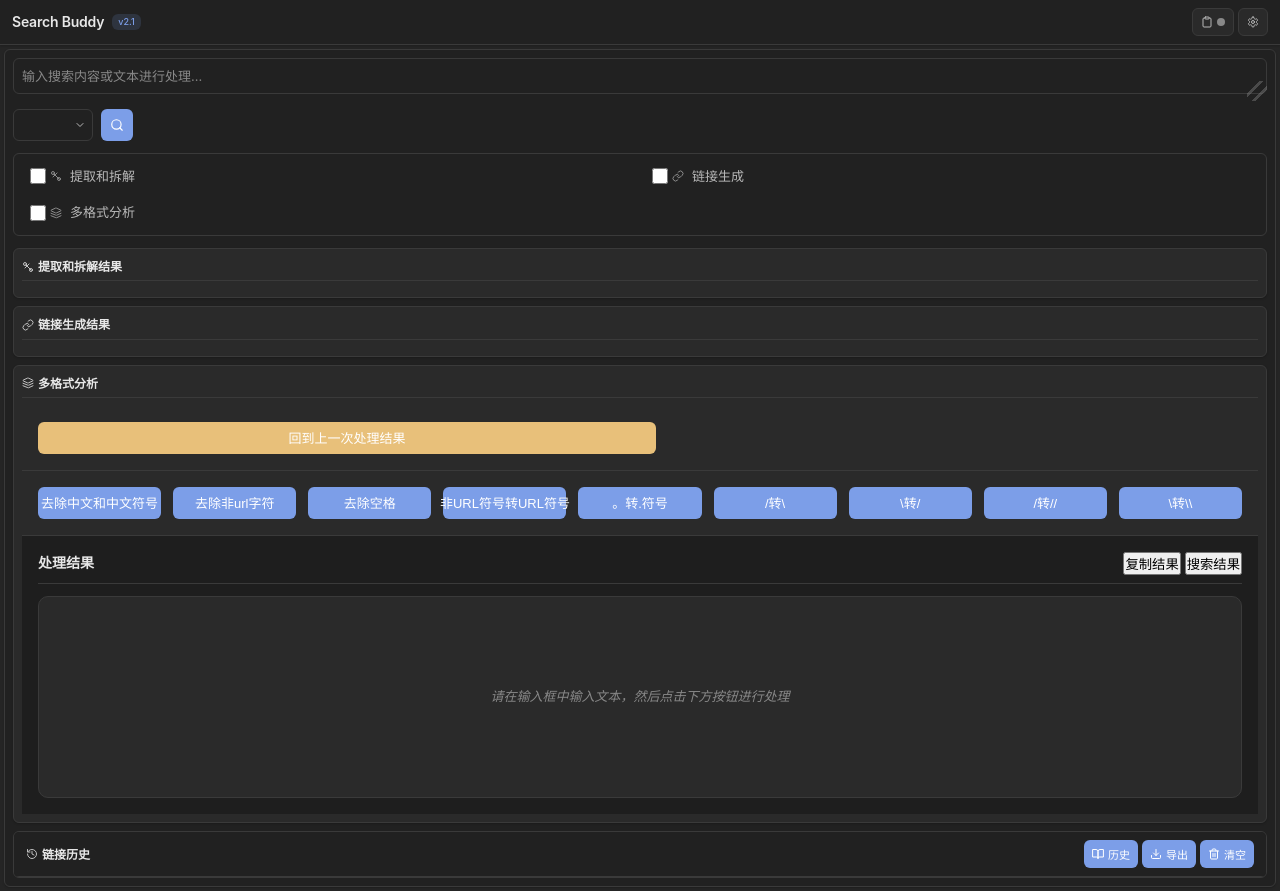
Repository: SantaChains/search-enhance
Page: src/popup/index.html
The author's editor kept a copy of each file at every save. The page is drawn from the files as they stood at one save, then again after the next save.
The browser window is 1280 px wide. The pictures show the whole page.

Above is the page before, as saved 2026-01-24 14:40:15.
Console error: SyntaxError: Unexpected token '?'

After the next save:
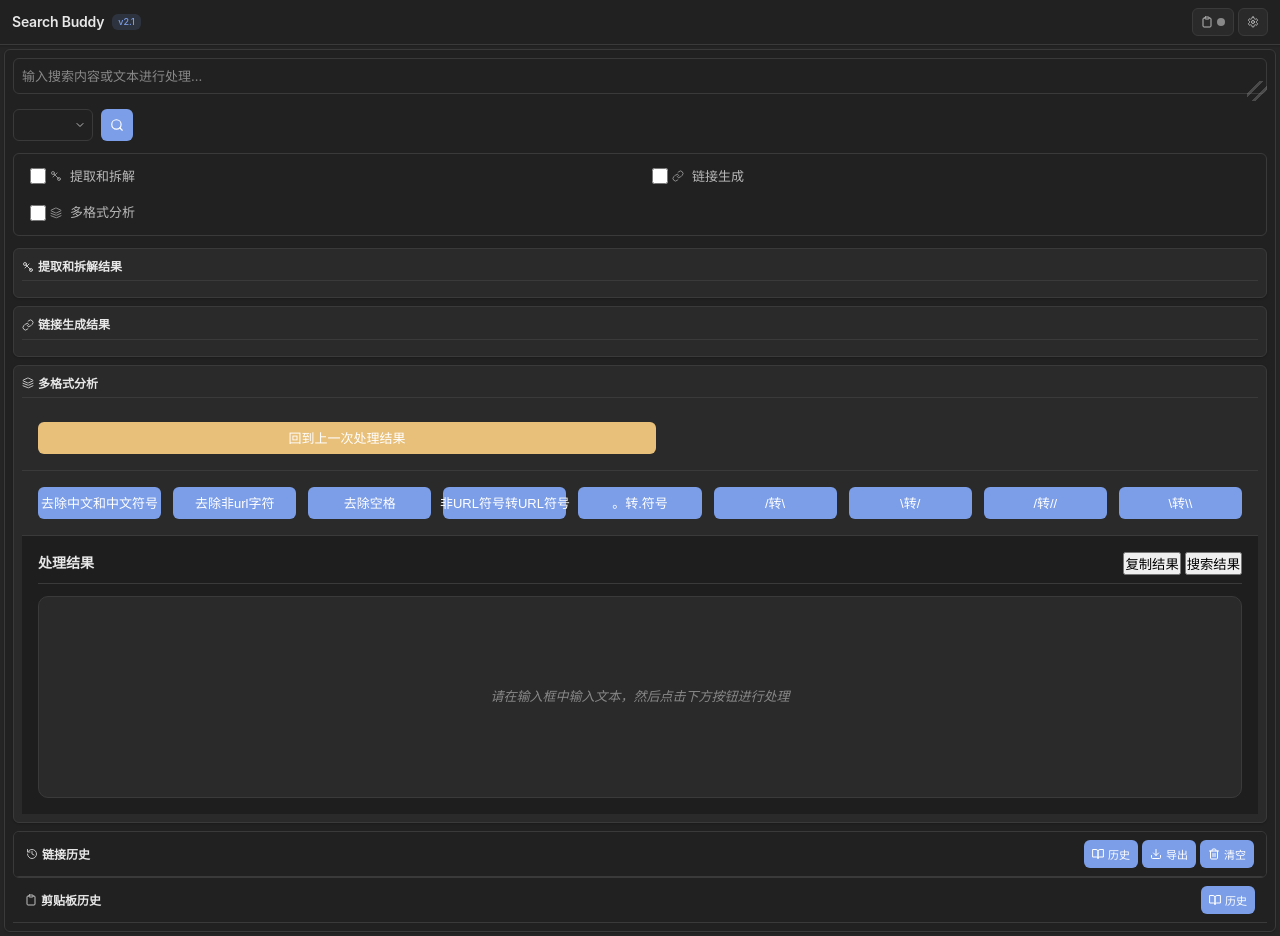
Saved 17 min 13 s later.
--- a/src/popup/index.html
+++ b/src/popup/index.html
@@ -282,6 +282,42 @@
                     <div id="history-list"></div>
                 </div>
             </section>
+
+            <!-- 剪贴板历史区域 -->
+            <section class="clipboard-section">
+                <div class="section-header">
+                    <h3>
+                        <svg xmlns="http://www.w3.org/2000/svg" width="16" height="16" viewBox="0 0 24 24" fill="none" stroke="currentColor" stroke-width="2" stroke-linecap="round" stroke-linejoin="round" class="lucide lucide-clipboard">
+                            <rect width="8" height="4" x="8" y="2" rx="1" ry="1"/>
+                            <path d="M16 4h2a2 2 0 0 1 2 2v14a2 2 0 0 1-2 2H6a2 2 0 0 1-2-2V6a2 2 0 0 1 2-2h2"/>
+                        </svg>
+                        剪贴板历史
+                    </h3>
+                    <div class="clipboard-controls">
+                        <button id="show-clipboard-history-btn" class="btn-sm">
+                            <svg xmlns="http://www.w3.org/2000/svg" width="14" height="14" viewBox="0 0 24 24" fill="none" stroke="currentColor" stroke-width="2" stroke-linecap="round" stroke-linejoin="round" class="lucide lucide-book-open">
+                                <path d="M2 3h6a4 4 0 0 1 4 4v14a3 3 0 0 0-3-3H2z"/>
+                                <path d="M22 3h-6a4 4 0 0 0-4 4v14a3 3 0 0 1 3-3h7z"/>
+                            </svg>
+                            历史
+                        </button>
+                    </div>
+                </div>
+                <div id="clipboard-history-container" style="display:none;">
+                    <!-- 批量操作工具栏 -->
+                    <div class="batch-toolbar" style="display:none;">
+                        <button id="select-all-clipboard-btn" class="btn-sm">全选</button>
+                        <button id="deselect-all-clipboard-btn" class="btn-sm">取消全选</button>
+                        <button id="delete-selected-clipboard-btn" class="btn-sm">删除选中</button>
+                        <button id="copy-selected-clipboard-btn" class="btn-sm">复制选中</button>
+                    </div>
+                    <!-- 批量操作切换按钮 -->
+                    <div class="batch-toggle">
+                        <button id="batch-operations-btn" class="btn-sm">批量操作</button>
+                    </div>
+                    <div id="clipboard-history-list"></div>
+                </div>
+            </section>
         </main>
     </div>
 
